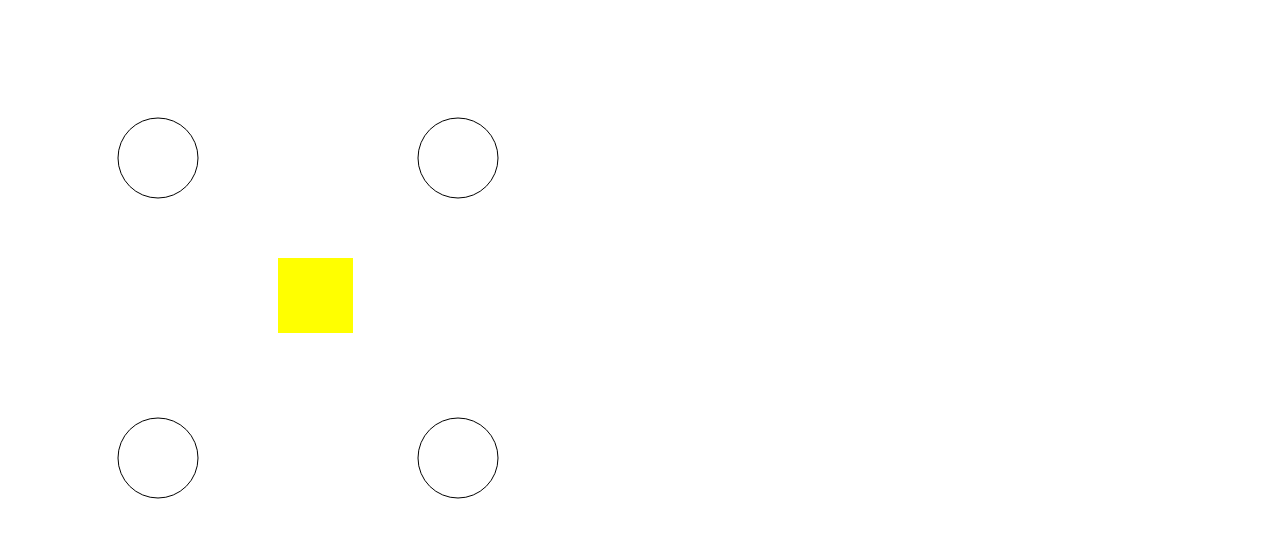
Repository: facio313/Python
Page: HELLO_PYTHON/day17/templates/canvas.html
The author's editor kept a copy of each file at every save. The page is drawn from the files as they stood at one save, then again after the next save.
The browser window is 1280 px wide. The pictures show the whole page.

Above is the page before, as saved 2022-12-15 10:41:17.

### HELLO_PYTHON/day17/templates/canvas.html
<!DOCTYPE html>
<html>
<head>
<meta charset="UTF-8">
<title>Insert title here</title>
</head>
<body onload="loader()">
<script>
function loader(){
	var canvas = document.getElementById( "canvas" );   // canvas 객체
	var ctx = canvas.getContext( "2d" );      // 2d canvas 획득

	ctx.beginPath();
	ctx.arc(150, 150, 40, 0, Math.PI*2, false );
	ctx.stroke();

	ctx.beginPath();
	ctx.arc(450, 150, 40, 0, Math.PI*2, false );
	ctx.stroke();

	ctx.beginPath();
	ctx.arc(450, 450, 40, 0, Math.PI*2, false );
	ctx.stroke();

	ctx.beginPath();
	ctx.arc(150, 450, 40, 0, Math.PI*2, false );
	ctx.stroke();

	ctx.fillStyle = "rgba(255, 255, 0, 1)";
	ctx.fillRect (270, 250, 75, 75);
}
</script>

 <canvas id="canvas" width="600" height="500"/>

</body>
</html>

After the next save:
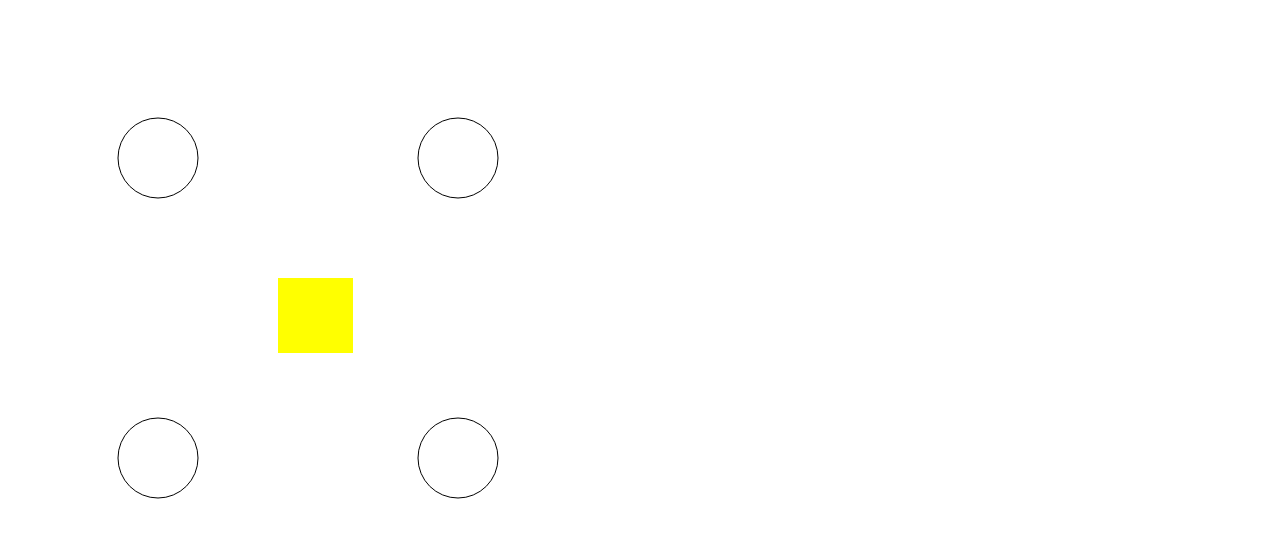
Saved 7 s later.
--- a/HELLO_PYTHON/day17/templates/canvas.html
+++ b/HELLO_PYTHON/day17/templates/canvas.html
@@ -27,7 +27,7 @@ function loader(){
 	ctx.stroke();
 
 	ctx.fillStyle = "rgba(255, 255, 0, 1)";
-	ctx.fillRect (270, 250, 75, 75);
+	ctx.fillRect (270, 270, 75, 75);
 }
 </script>
 
